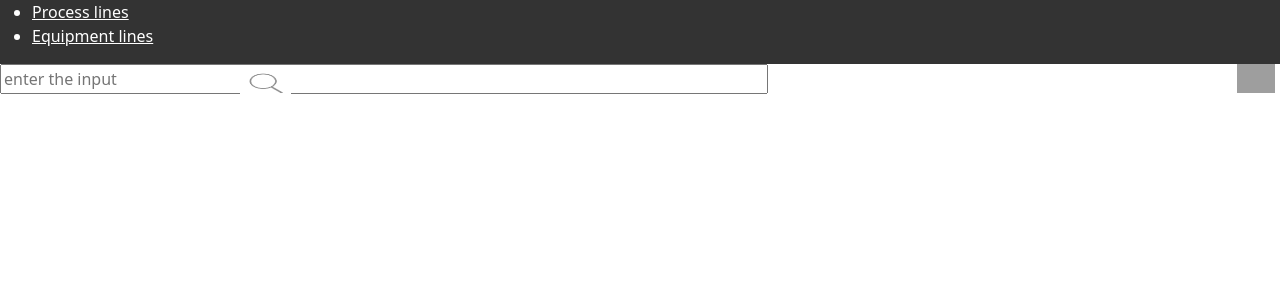
Repository: sreech465/evin3
Page: /pdetails
These files come from the project's save history. The page is drawn as it stood at one moment and after the next save; the edit follows.
The browser window is 1280 px wide. The pictures show the whole page.
Pictures or frames that could not be fetched are drawn as grey boxes. The page's requests for data from a server got no answer. The project was rebuilt for these pictures with package versions that can differ from the ones it lists, and the page was loaded fresh each time. No one was signed in, and anything a server would have sent is missing. Also part of the build but not shown: src/Login.js, src/Display.js, src/Details.js, src/Equipment.js, src/Learning.js, src/ProcessDetails.js, src/EquipDetails.js.

Above is the page before, as saved 2022-10-29 07:41:43.

After the next save:
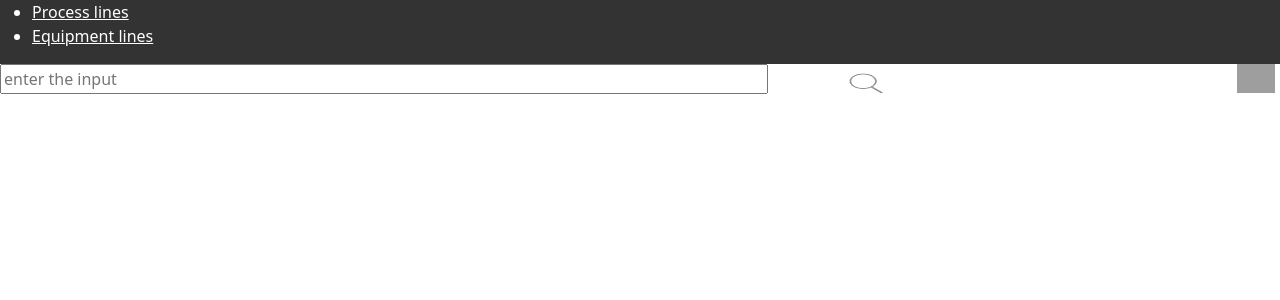
Saved 15 s later.
--- a/src/CustomSearchBar.js
+++ b/src/CustomSearchBar.js
@@ -39,7 +39,7 @@ const CustomSearchBar = (props) => {
               width: "4%",
               height: "4%",
               position: "absolute",
-              left: 240,
+              left: 840,
               marginTop: 5,
             }}
           />
